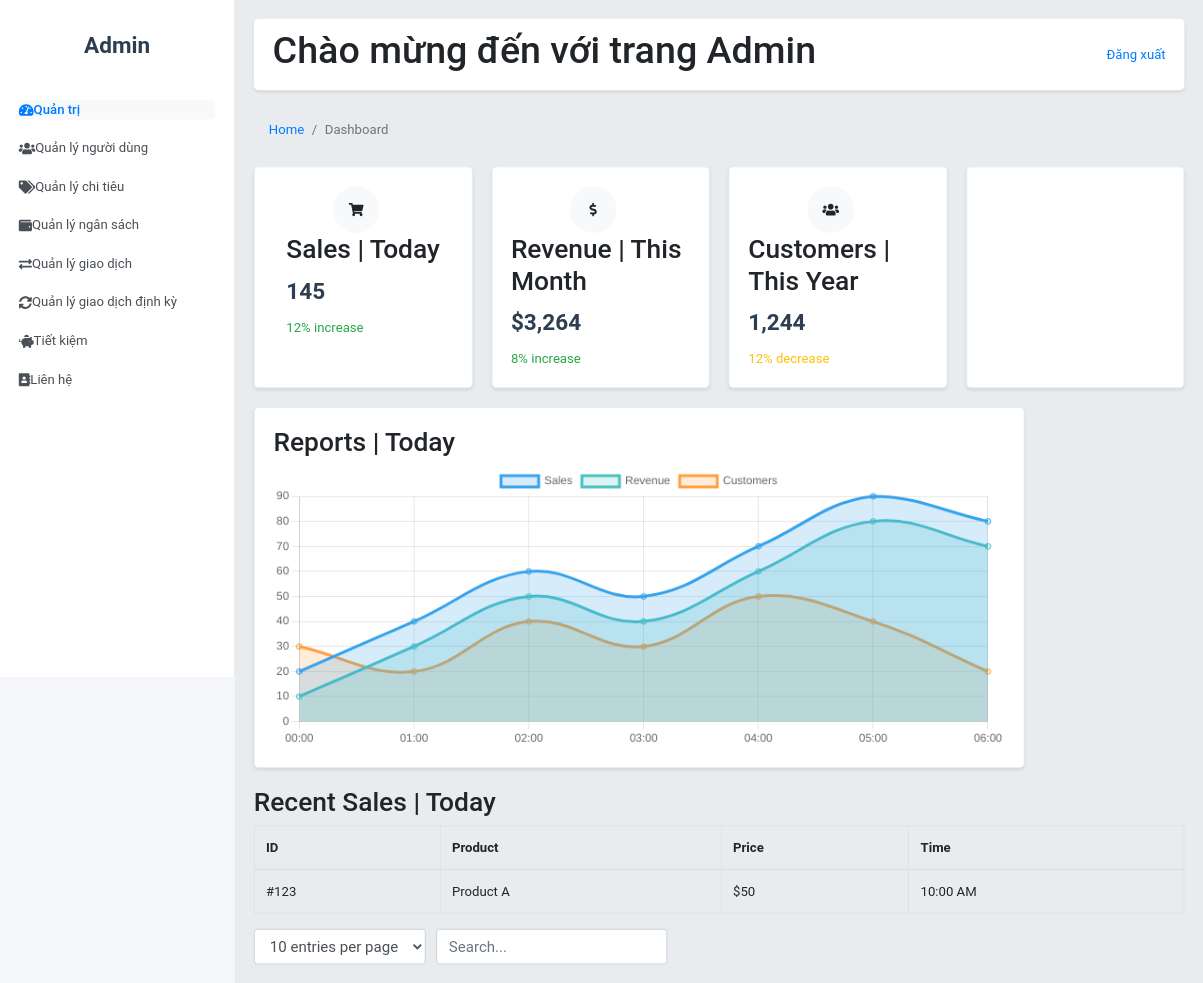
Repository: PhanVanHoa051204/Project3
Page: http://localhost/Project3/dashboard.jsp
These files come from the project's save history. The page is drawn as it stood at one moment and after the next save; the edit follows.
The browser window is 1280 px wide. The pictures show the whole page, at 94% of full size.
The page is served by Tomcat 9.

Above is the page before, as saved 2025-03-14 18:43:23.
Console error: TypeError: Cannot read properties of null (reading 'getContext')

After the next save:
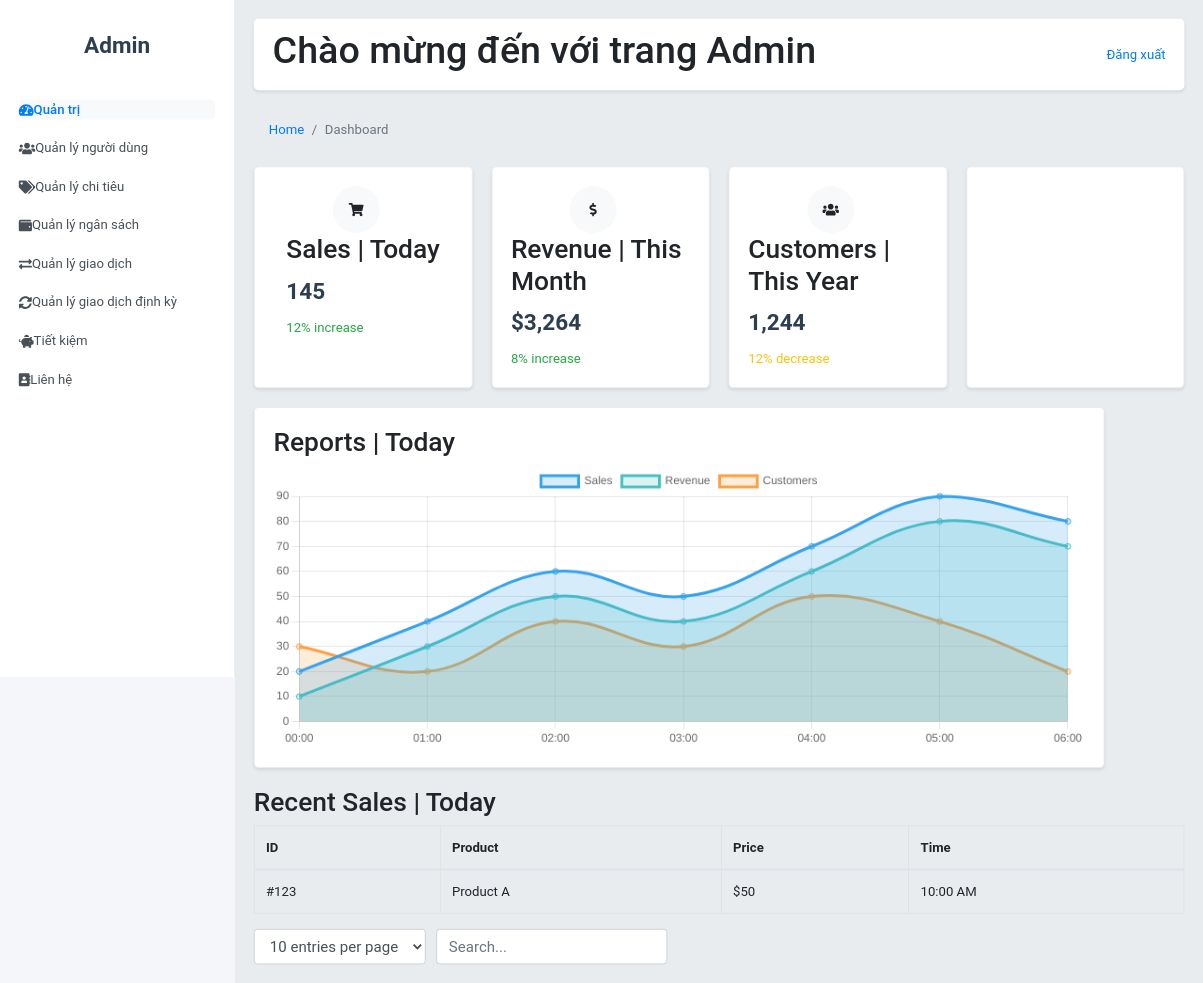
Saved 8 s later.
--- a/PhanVanHoa_2210900023_K22CNT1/Project3/src/main/webapp/dashboard.jsp
+++ b/PhanVanHoa_2210900023_K22CNT1/Project3/src/main/webapp/dashboard.jsp
@@ -117,7 +117,7 @@
 					</div>
 
 					<div class="row">
-						<div class="col-md-10">
+						<div class="col-md-11">
 							<div class="chart-section">
 								<h3>Reports | Today</h3>
 								<canvas id="reportsChart"></canvas>
